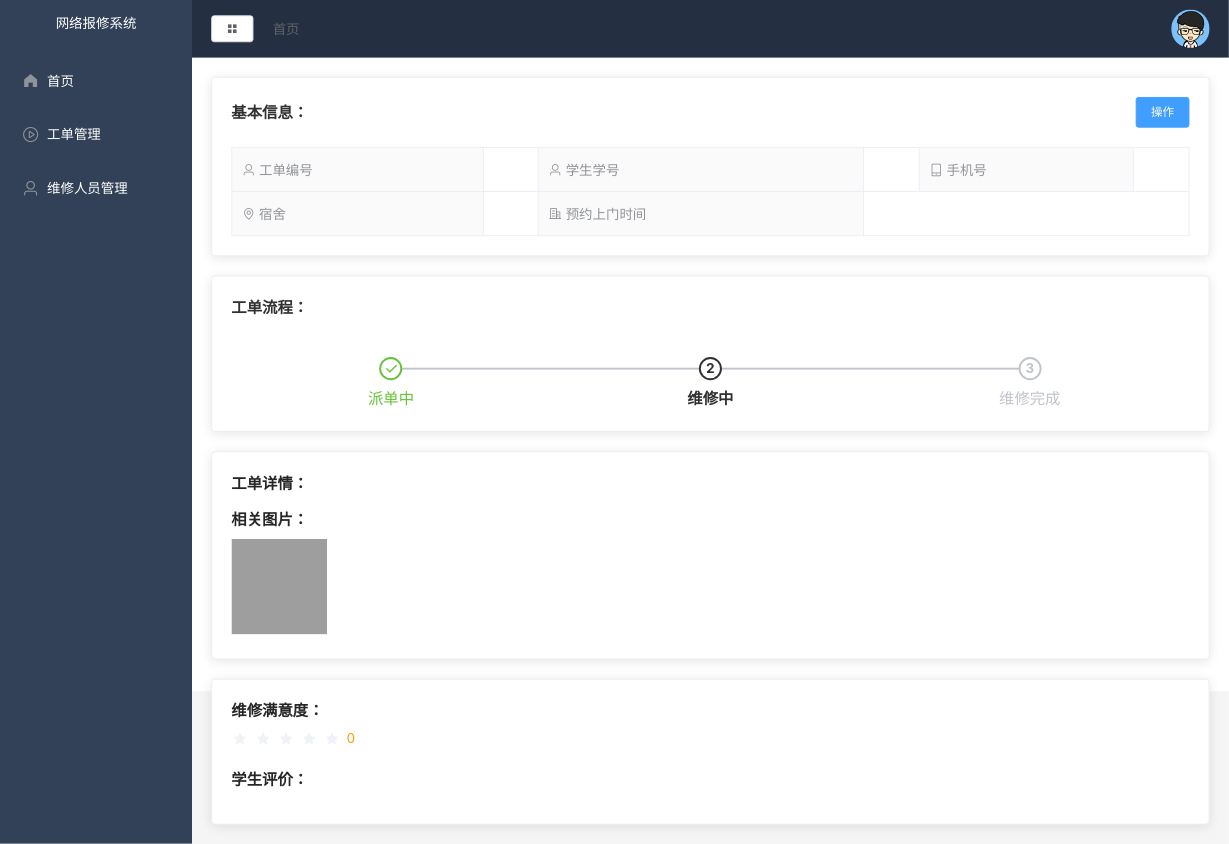
Repository: LtheW/vue
Page: /submit
An editor plug-in stored every save of this project. The page is shown before and after the next save, followed by the edit.
The browser window is 1280 px wide. The pictures show the whole page, at 96% of full size.
Pictures or frames that could not be fetched are drawn as grey boxes. The page's requests for data from a server got no answer. The project was rebuilt for these pictures with package versions that can differ from the ones it lists, and the page was loaded fresh each time. No one was signed in, and anything a server would have sent is missing. Also part of the build but not shown: vue.config.js, src/components/CommonTag.vue, src/views/Maintainer/Add.vue.

Above is the page before, as saved 2022-03-27 11:21:17.

After the next save:
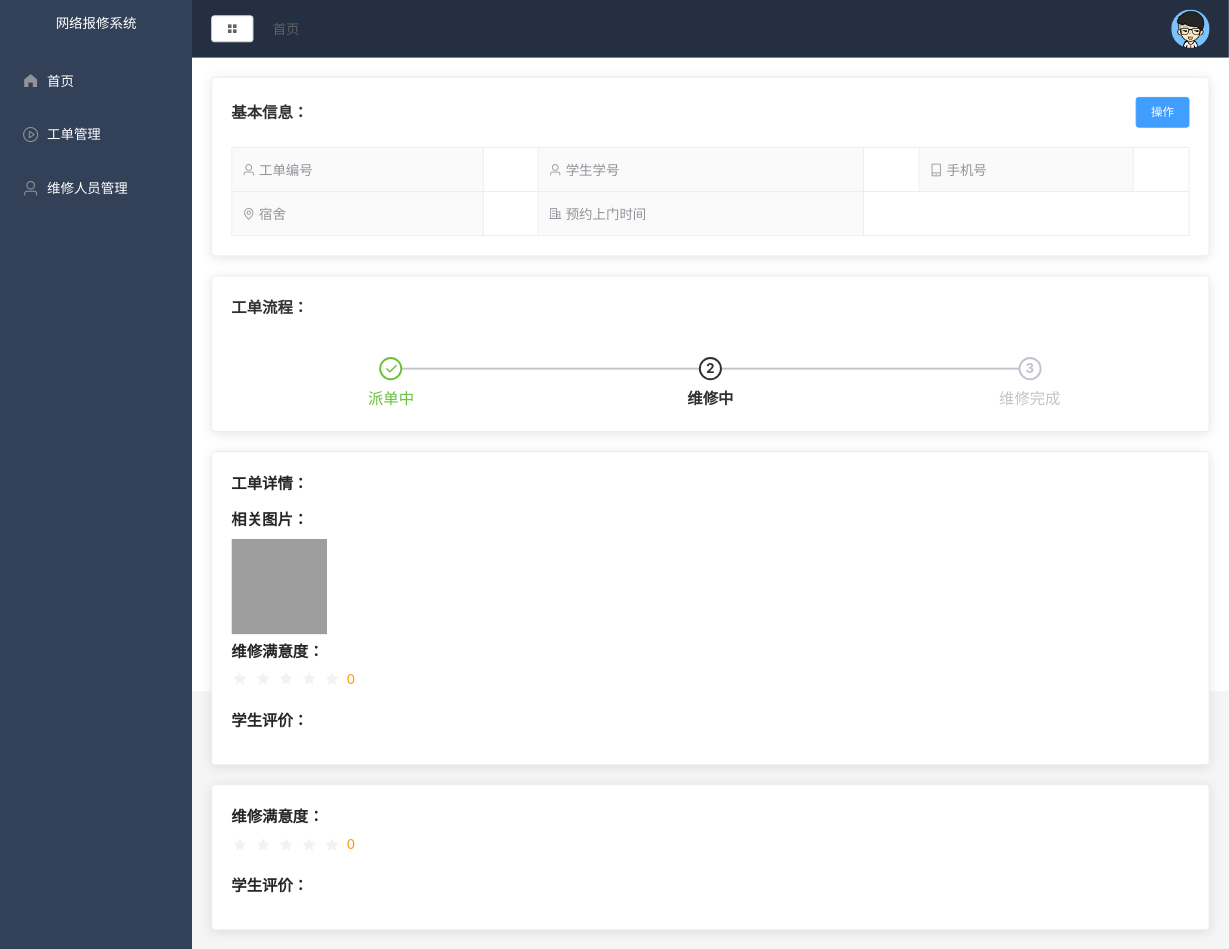
Saved 40 s later.
--- a/src/views/Submit.vue
+++ b/src/views/Submit.vue
@@ -79,6 +79,19 @@
             :preview-src-list="srcList"
           >
           </el-image>
+          <h5 class="title">维修满意度：</h5>
+          <el-rate
+            v-model="form.maintenanceSatisfaction"
+            disabled
+            show-score
+            text-color="#ff9900"
+            score-template="{value}"
+          >
+          </el-rate>
+          <div class="p">
+          <h5 class="title">学生评价：</h5>
+          <p>{{ form.evaluation }}</p>
+          </div>
         </el-card>
         <div class="p">
         <el-card>
